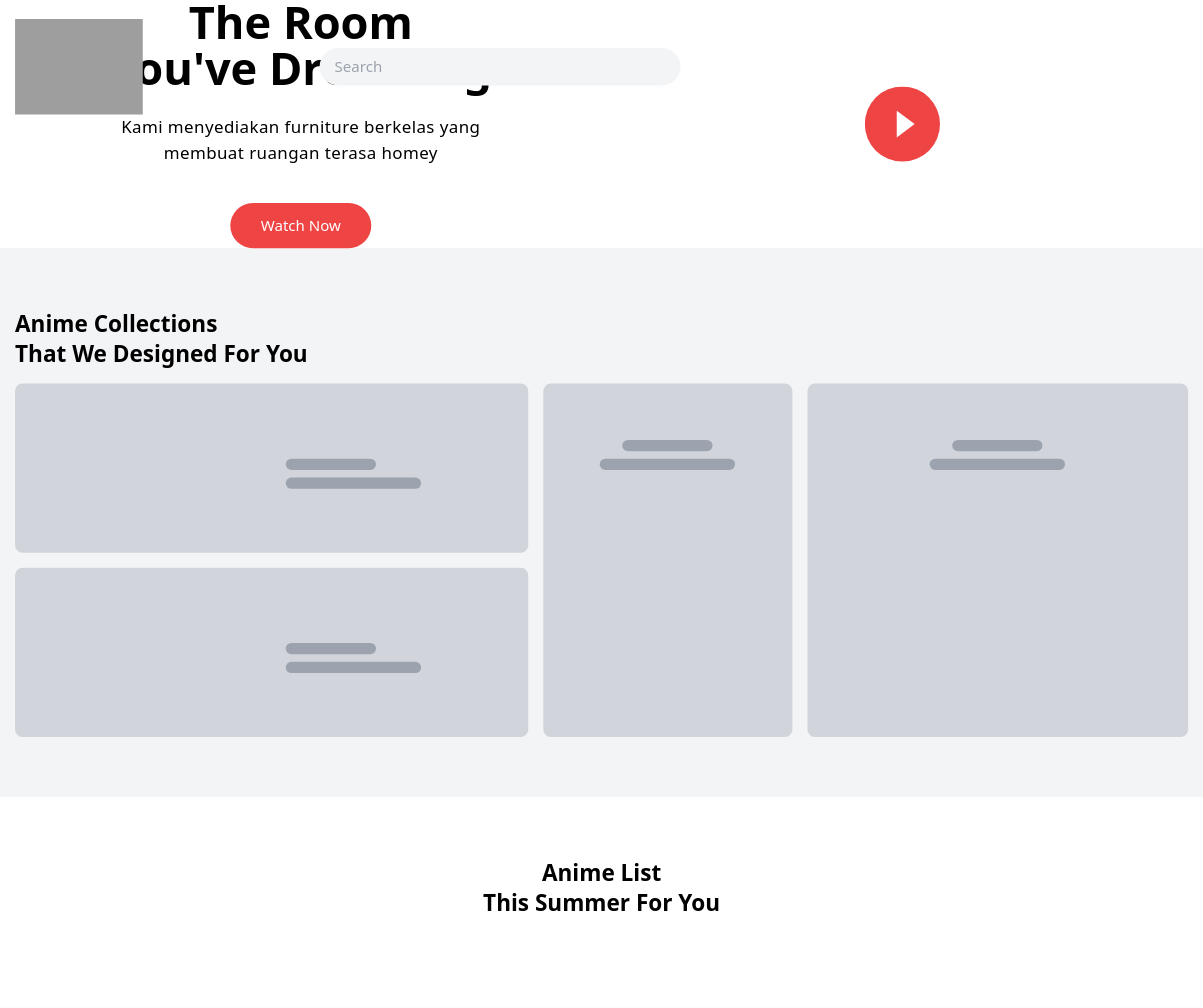
Repository: farrelmuhammad/anime-collections
Page: /
The author's editor kept a copy of each file at every save. The page is drawn from the files as they stood at one save, then again after the next save.
The browser window is 1280 px wide. The pictures show the whole page, at 94% of full size.
Pictures or frames that could not be fetched are drawn as grey boxes. The page's requests for data from a server got no answer. The project was rebuilt for these pictures with package versions that can differ from the ones it lists, and the page was loaded fresh each time. No one was signed in, and anything a server would have sent is missing. Also part of the build but not shown: src/App.css.

Above is the page before, as saved 2023-08-04 00:40:10.

After the next save:
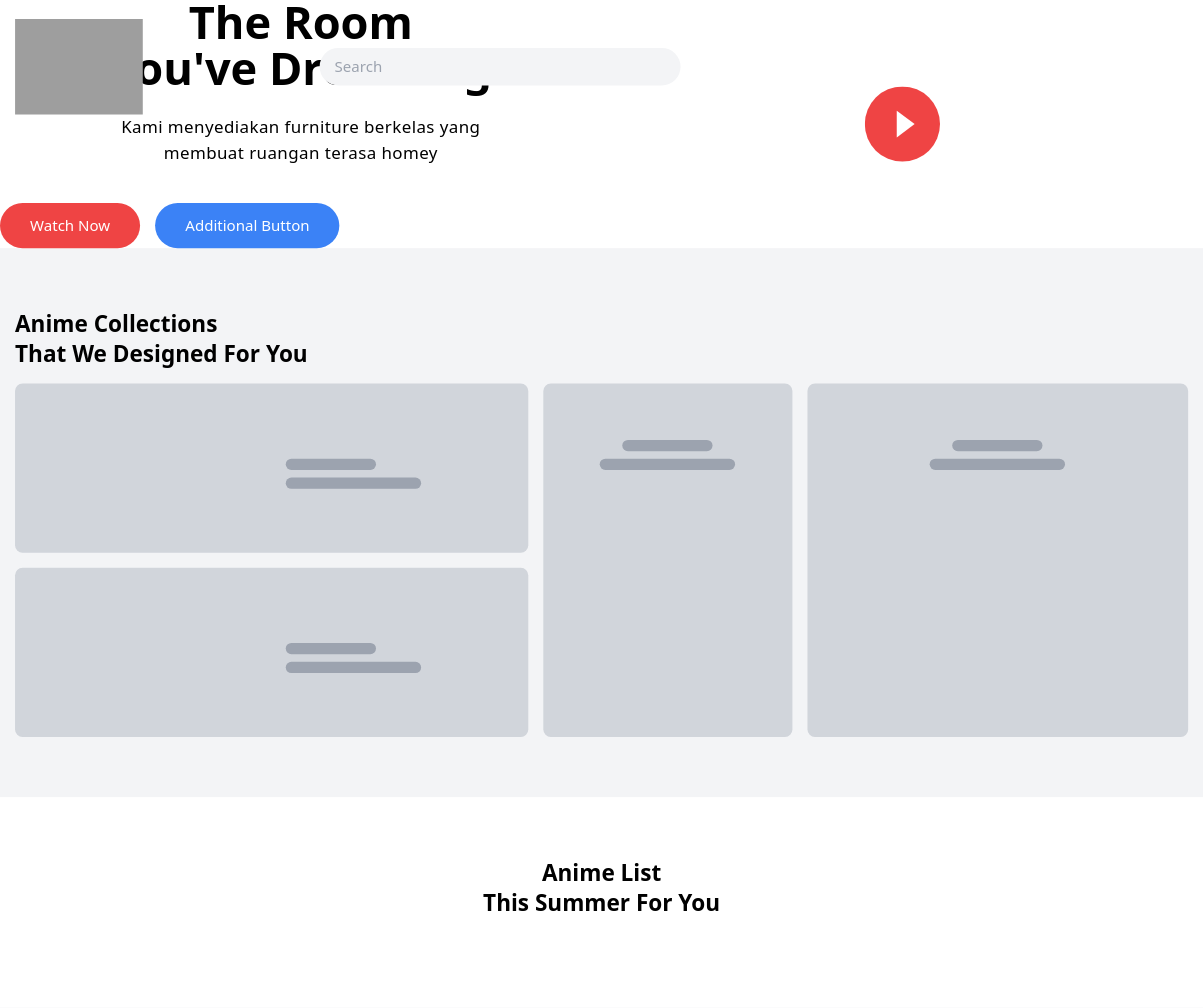
Saved 66 s later.
--- a/src/parts/Home/Hero.tsx
+++ b/src/parts/Home/Hero.tsx
@@ -30,15 +30,21 @@
                     <br className="hidden lg:block" />
                     membuat ruangan terasa homey
                 </h2>
-                <div>
+                <div className="flex justify-center md:justify-start"> {/* Use flex to align items */}
                     <a
                         href="#browse-the-room"
-                        className="bg-red-500 text-white hover:bg-black hover:text-red-400 rounded-full px-8 py-3 mt-4 inline-block flex-none transition duration-200"
+                        className="bg-red-500 text-white hover:bg-black hover:text-red-400 rounded-full px-8 py-3 mt-4 mr-4 inline-block flex-none transition duration-200"
                     >
                         Watch Now
                     </a>
+                    <button
+                        className="bg-blue-500 text-white hover:bg-black hover:text-blue-400 rounded-full px-8 py-3 mt-4 inline-block flex-none transition duration-200"
+                    >
+                        Additional Button
+                    </button>
                 </div>
             </div>
+
             <div className="w-full inset-0 md:relative md:w-1/2">
                 <div className="relative hero-image">
                     <div className="overlay inset-0 bg-black opacity-35 z-10"></div>
